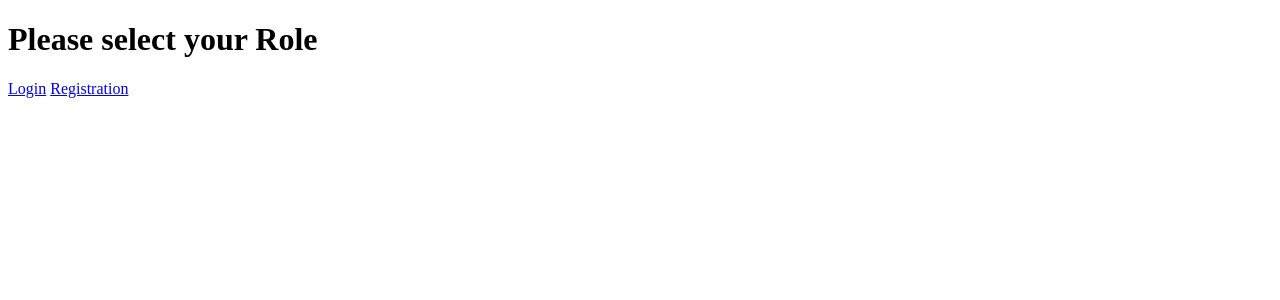
Repository: kkale14/My_allpr
Page: Kalyani1/src/main/webapp/Home.html
These files come from the project's save history. The page is drawn as it stood at one moment and after the next save; the edit follows.
The browser window is 1280 px wide. The pictures show the whole page.

Above is the page before, as saved 2025-03-05 08:07:56.

### Kalyani1/src/main/webapp/Home.html
<!DOCTYPE html>
<html>
<head>
<meta charset="UTF-8">
<title>Home </title>
</head>
<body>

<h1>Please select your Role</h1>

<a type="button" href="Logintab.html" >Login</a>
<a type="button" href="Reg.html" >Registration</a>


</body>
</html>

After the next save:
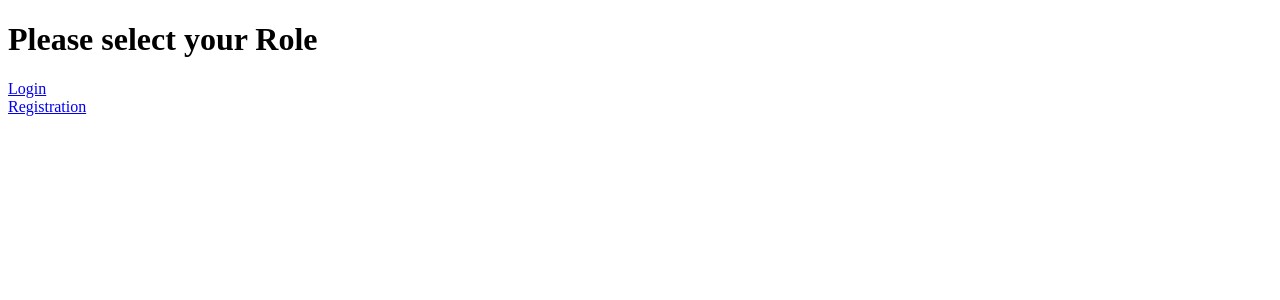
Saved 5 min 32 s later.
--- a/Kalyani1/src/main/webapp/Home.html
+++ b/Kalyani1/src/main/webapp/Home.html
@@ -8,7 +8,8 @@
 
 <h1>Please select your Role</h1>
 
-<a type="button" href="Logintab.html" >Login</a>
+<a type="button" href="Logintab.html" >Login</a> <br/>
+
 <a type="button" href="Reg.html" >Registration</a>
 
 
